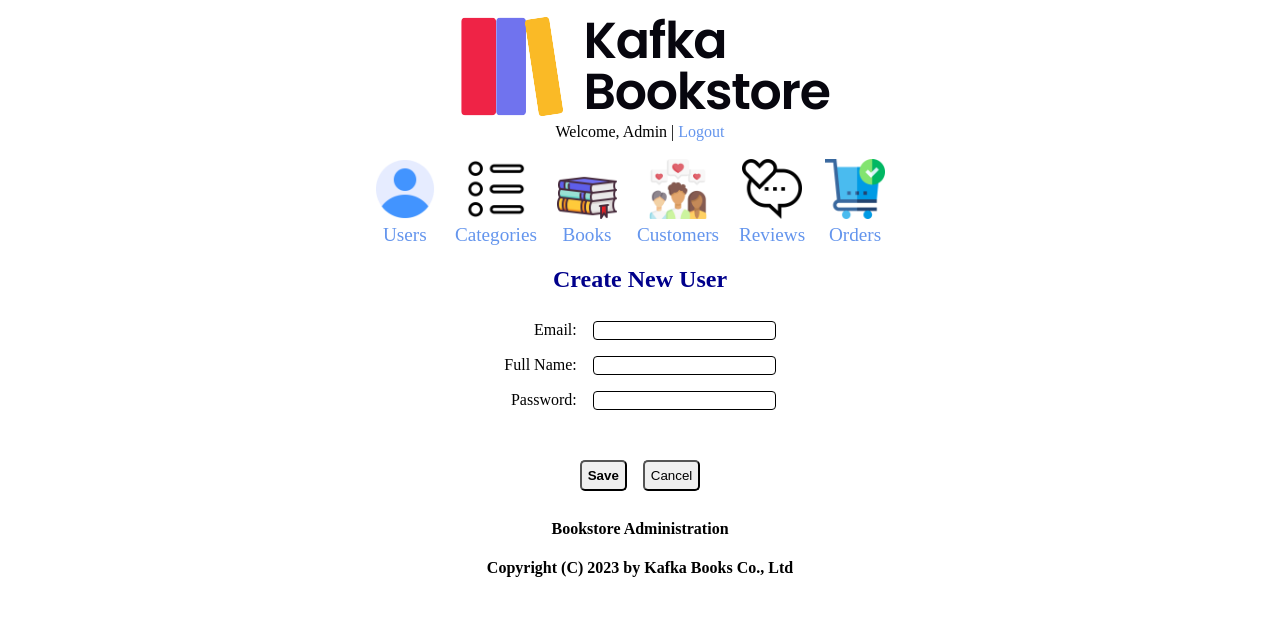
Repository: janvi2502/BookStore
Page: http://localhost/BookStoreWebsite/admin/user_form.jsp
An editor plug-in stored every save of this project. The page is shown before and after the next save, followed by the edit.
The browser window is 1280 px wide. The pictures show the whole page.
The page is served by Tomcat 10. Nobody is signed in. The application's start-up code is not run.

Above is the page before, as saved 2023-12-28 11:05:05.

After the next save:
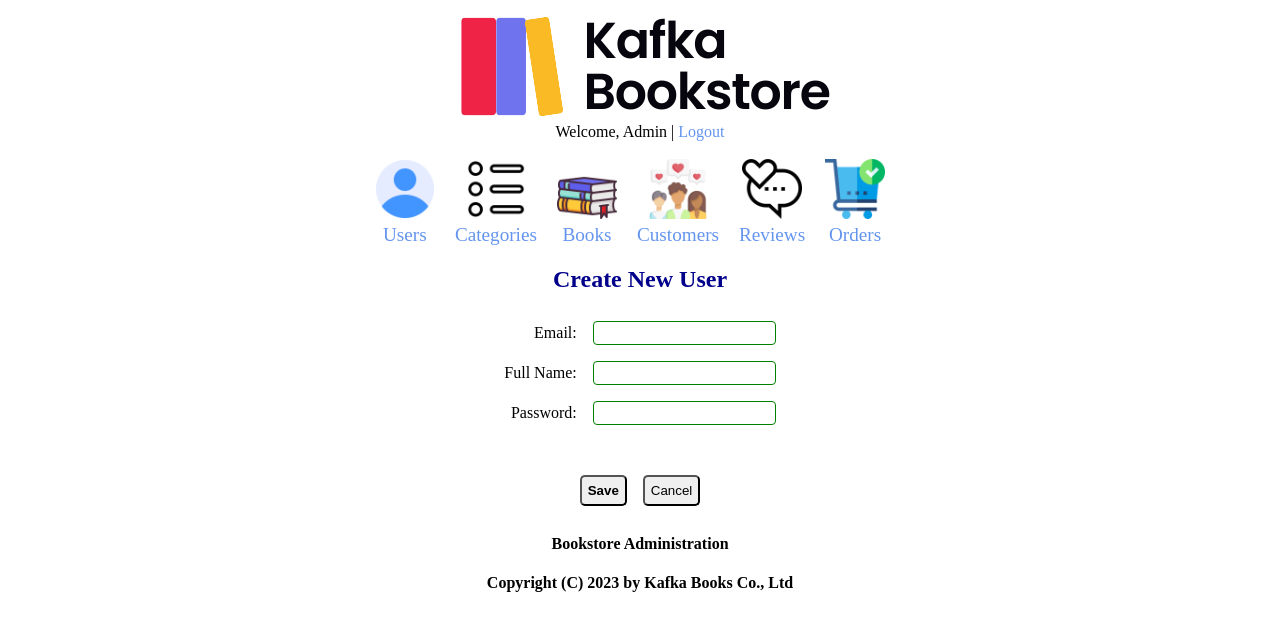
Saved 46 s later.
--- a/BookStoreWebsite/WebContent/css/style.css
+++ b/BookStoreWebsite/WebContent/css/style.css
@@ -71,4 +71,6 @@ button[type=submit]{
 input{
 	border: 1px solid;
 	border-radius: 4px;
+	border-color: green;
+	height: 20px;
 }
